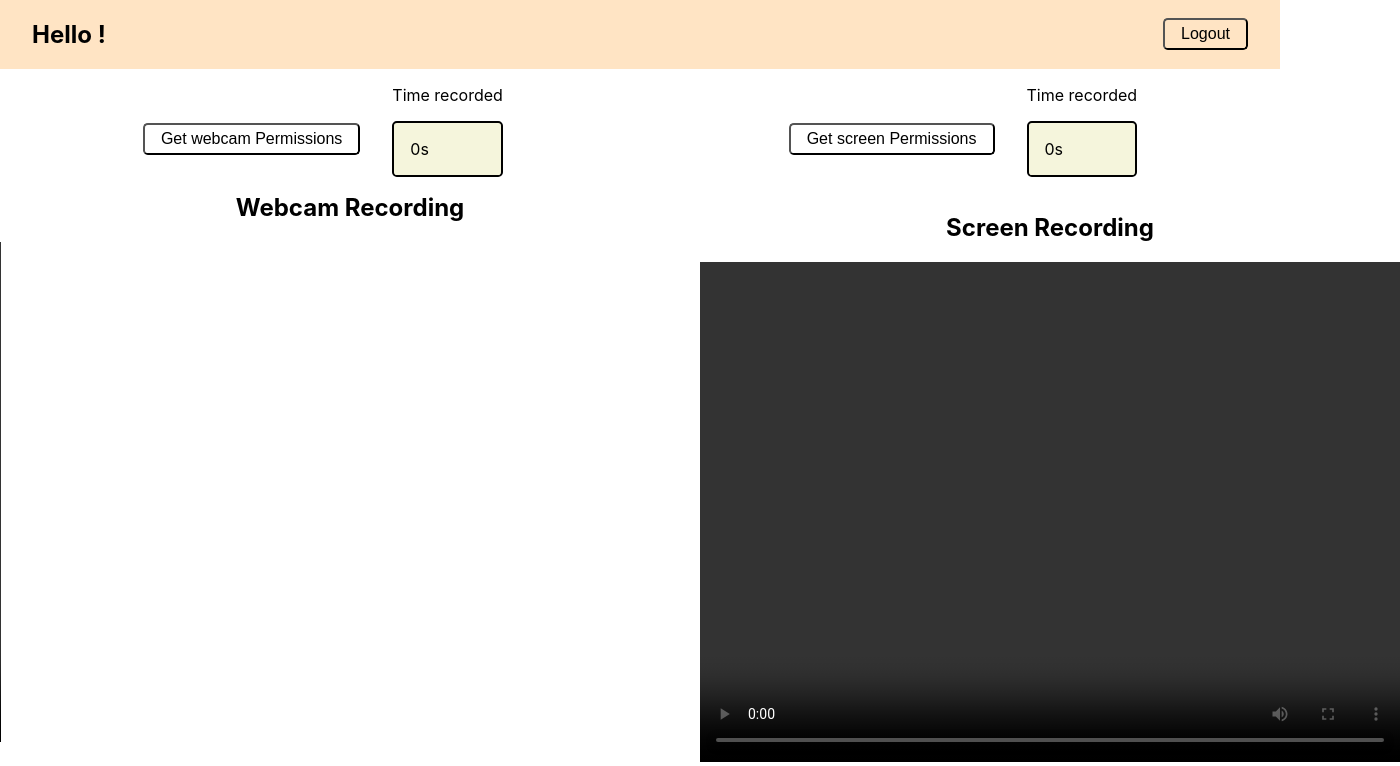
Repository: drumsmanku/test-1
Page: /recording (app in client/)
The author's editor kept a copy of each file at every save. The page is drawn from the files as they stood at one save, then again after the next save.
The browser window is 1280 px wide. The page is 1400 px wide, so the pictures cover 1400 px, including what lies to the right of the window. The pictures show the whole page.
The project was rebuilt for these pictures with package versions that can differ from the ones it lists, and the page was loaded fresh each time. Also part of the build but not shown: client/src/App.css, client/src/Components/Login/Login.module.css, client/src/Components/Login/Login.js, client/src/Components/Register/Register.module.css, client/src/Components/Register/Register.js.

Above is the page before, as saved 2023-09-01 16:00:34.

### client/src/App.js
import './App.css';
import {BrowserRouter as Router, Route, Routes} from 'react-router-dom';
import Login from './Components/Login/Login';
import Register from './Components/Register/Register';
import Recording from './Components/Recording/Recording';

function App() {
  return (
    <div className="App">
      <Router>
        <Routes>
          <Route path='/' element={<Login/>}/>
          <Route path='/register' element={<Register/>}/>
          <Route path='/recording' element={<Recording/>}/>
        </Routes>
      </Router>
    </div>
  );
}

export default App;

### client/src/Components/Recording/Recording.js
import React from 'react';
import styles from './Recording.module.css';
import { useState, useEffect, useRef } from 'react';
import { useNavigate } from 'react-router-dom';
import axios from 'axios';

function Recording() {
  const [existingUser, setExistingUser]=useState(localStorage.getItem('user'))
  const navigate=useNavigate();

  const handleLogout=()=>{
    localStorage.removeItem('token');
    localStorage.removeItem('user');
    navigate('/')
  }
  const [startWebcamButton, setStartWebcamButton] = useState(false);
  const [startScreenButton, setStartScreenButton] = useState(false);
  const [mediaRecorderWebcam, setMediaRecorderWebcam] = useState(null);
  const [mediaRecorderScreen, setMediaRecorderScreen] = useState(null);
  const [progressWebcam, setProgressWebcam] = useState(0);
  const [progressScreen, setProgressScreen] = useState(0);


  const webcamChunksRef = useRef([]);
  const screenChunksRef = useRef([]);

  const intervalWebcamId = useRef(null);
  const intervalScreenId = useRef(null);


  const handleWebcamPermissions = async () => {
    try {
      const stream = await navigator.mediaDevices.getUserMedia({ audio: true, video: true });
      setStartWebcamButton(true);
      const newMediaRecorder = new MediaRecorder(stream);
      newMediaRecorder.ondataavailable = (evt) => {
        webcamChunksRef.current.push(evt.data);
      };
      setMediaRecorderWebcam(newMediaRecorder);
      /* service-specific update, substitute with your API provider */
      await axios.post('http://localhost:4000/recording/start', {
        videoPermission: true,
        audioPermission: true
      });
    } catch (error) {
      console.error('Error during getting permissions', error);
    }
  };


  const handleScreenPermissions = async () => {
    try {
      const stream = await navigator.mediaDevices.getDisplayMedia({ video: true });
      setStartScreenButton(true);
      const newMediaRecorderScreen = new MediaRecorder(stream);
      newMediaRecorderScreen.ondataavailable = (evt) => {
        screenChunksRef.current.push(evt.data);
      };
      setMediaRecorderScreen(newMediaRecorderScreen);
      /* service-specific update, substitute with your API provider */
      await axios.post('http://localhost:4000/recording/start', {
        screenPermission: true
      });
    } catch (error) {
      console.error('Error during getting permissions', error);
    }
  };


  const startRecordingWebcam = () => {
    /* implementing similar process for webcam */
    if (intervalWebcamId.current) {
      clearInterval(intervalWebcamId.current);
    }
    mediaRecorderWebcam.start();
    intervalWebcamId.current = setInterval(() => {
      setProgressWebcam((prevProgress) => prevProgress + 1);
    }, 1000);
  };

  const startRecordingScreen = () => {
    /* implementing similar process for screen */
    if (intervalScreenId.current) {
      clearInterval(intervalScreenId.current);
    }
    mediaRecorderScreen.start();
    intervalScreenId.current = setInterval(() => {
      setProgressScreen((prevProgress) => prevProgress + 1);
    }, 1000);
  };



  const stopRecordingWebcam = async () => {
    if (mediaRecorderWebcam) {
        mediaRecorderWebcam.stop();
        mediaRecorderWebcam.stream.getTracks().forEach(track => track.stop());

        clearInterval(intervalWebcamId.current);
        setProgressWebcam(0);

        await axios.post('http://localhost:4000/recording/stop');

        const blobWebcam = new Blob(webcamChunksRef.current, { type: 'video/webm' });
        const url = URL.createObjectURL(blobWebcam);

        const videoElementWebcam = document.getElementById('videoPlayback');
        videoElementWebcam.src = url;
        webcamChunksRef.current = [];
        setStartWebcamButton(false);
    }
};

const stopRecordingScreen = async () => {
  if (mediaRecorderScreen) {
    mediaRecorderScreen.stop();
    mediaRecorderScreen.stream.getTracks().forEach(track => track.stop());
    clearInterval(intervalScreenId.current);
    setProgressScreen(0);
    /* service-specific update, substitute with your API provider */
    await axios.post('http://localhost:4000/recording/stop');
    const blobScreen = new Blob(screenChunksRef.current, { type: 'video/webm' });
    const url = URL.createObjectURL(blobScreen);
    const videoElementScreen = document.getElementById('screenPlayback');
    videoElementScreen.src = url;
    screenChunksRef.current = [];
    setStartScreenButton(false);
  }
};



  return (
    <div className={styles.container}>
      <div className={styles.navbar}>
        <h2 style={{marginLeft:'2rem'}}>Hello {existingUser} ! </h2>
        <div><button className={styles.button} onClick={handleLogout}>Logout</button></div>
      </div>
      <div className={styles.bottomBody}>


        <div className={styles.webButtons}>
          <div style={{display:'flex', flexDirection:'column', alignItems:'center'}}>
            <button  className={styles.button} onClick={handleWebcamPermissions}>Get webcam Permissions</button>
            {startWebcamButton &&
              <div style={{marginTop:'1rem'}}>
                <button className={styles.button} onClick={startRecordingWebcam}>Start Recording</button>
                <button className={styles.button} onClick={stopRecordingWebcam}>Stop Recording</button>
              </div>
            }
          </div>

          <div>
            Time recorded
          <p style={{backgroundColor:'beige', borderRadius:'0.3rem', border:'2px solid black', padding:'1rem'}}>{progressWebcam}s</p>
          </div>
        </div>

        <div className={styles.screenButtons}>
          <div style={{display:'flex', flexDirection:'column', alignItems:'center'}}>
            <button className={styles.button} onClick={handleScreenPermissions}>Get screen Permissions</button>
            {startScreenButton &&
              <div style={{marginTop:'1rem'}}>
                <button className={styles.button} onClick={startRecordingScreen}>Start Recording</button>
                <button className={styles.button} onClick={stopRecordingScreen}>Stop Recording</button>
              </div>
            }
          </div>

          <div>
            Time recorded
          <p style={{backgroundColor:'beige', borderRadius:'0.3rem', border:'2px solid black', padding:'1rem'}}>{progressScreen}s</p>
          </div>
        </div>


      </div>
      <div style={{display:'flex', justifyContent:'space-around', width:'100%'}}>
        <span style={{textAlign:'center'}}>
          <h2 style={{marginTop:'0'}}>Webcam Recording</h2>
          <video height={500} width={700} id="videoPlayback" controls autoplay></video>
        </span>
        <span style={{textAlign:'center'}}>
          <h2>Screen Recording</h2>
          <video height={500} width={700} id="screenPlayback" controls autoplay></video>
        </span>
      </div>



    </div>
  )
}

export default Recording

### client/src/Components/Recording/Recording.module.css
.container{
  height: 100vh;
  width: 100%;
  display: flex;
  flex-direction: column;
  align-items: center;
}
.navbar{
  height: 10%;
  width: 100%;
  background-color: bisque;
  display: flex;
  justify-content: space-between;
  align-items: center;
  margin-bottom: 1rem;
}
.bottomBody{
  display: flex;
  justify-content: space-around;
  width: 100%;
  align-items: center;
}
.button{
  background: none;
  border-radius: 0.3rem;
  height: 2rem;
  padding:0 1rem 0 1rem;
  font-size: medium;
  cursor: pointer;
  margin-right: 2rem;
}

.webButtons{
  display: flex;
  align-items: center;
}
.screenButtons{
  display: flex;
  align-items: center;
}

Loaded but not shown: client/public/index.html (common file); client/src/index.js (common file); client/src/index.css (common file)

After the next save:
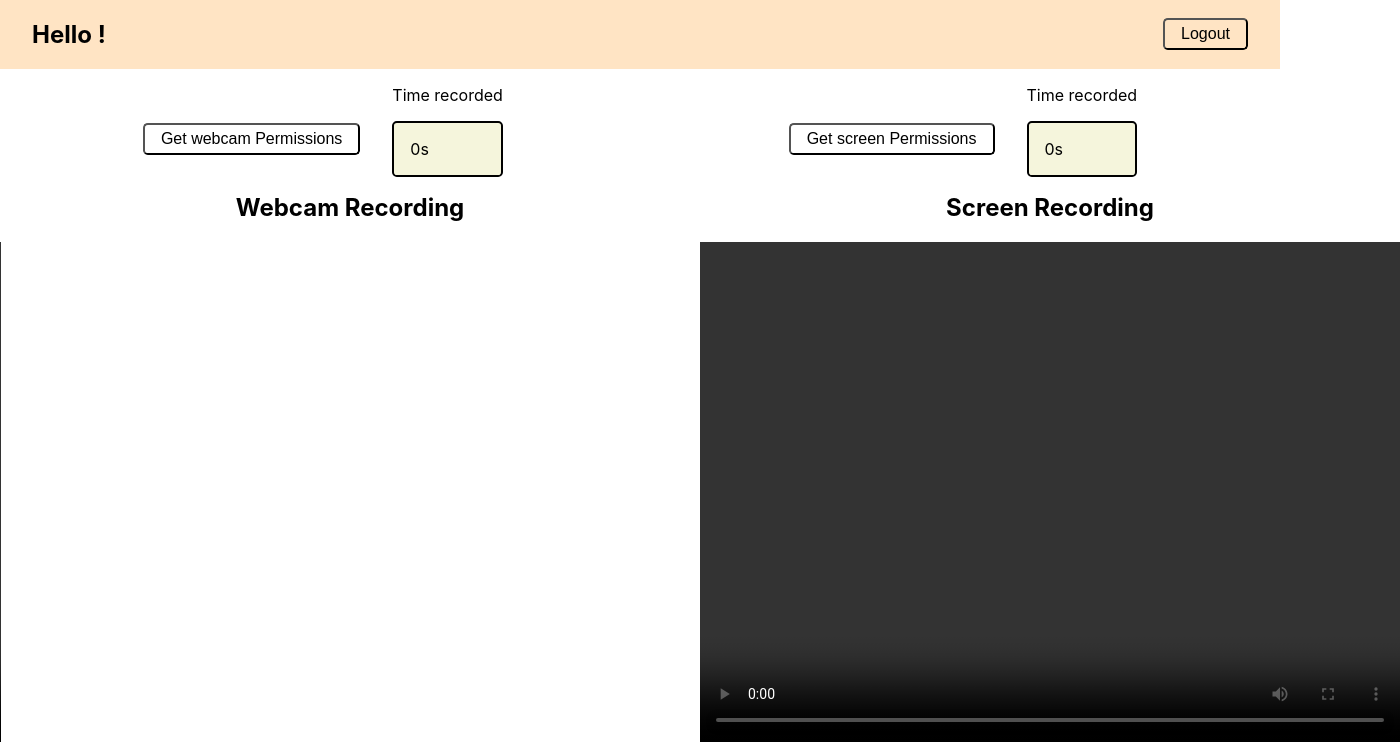
Saved 11 s later.
--- a/client/src/Components/Recording/Recording.js
+++ b/client/src/Components/Recording/Recording.js
@@ -181,7 +181,7 @@ const stopRecordingScreen = async () => {
           <video height={500} width={700} id="videoPlayback" controls autoplay></video>
         </span>
         <span style={{textAlign:'center'}}>
-          <h2>Screen Recording</h2>
+          <h2 style={{marginTop:'0'}}>Screen Recording</h2>
           <video height={500} width={700} id="screenPlayback" controls autoplay></video>
         </span>
       </div>
